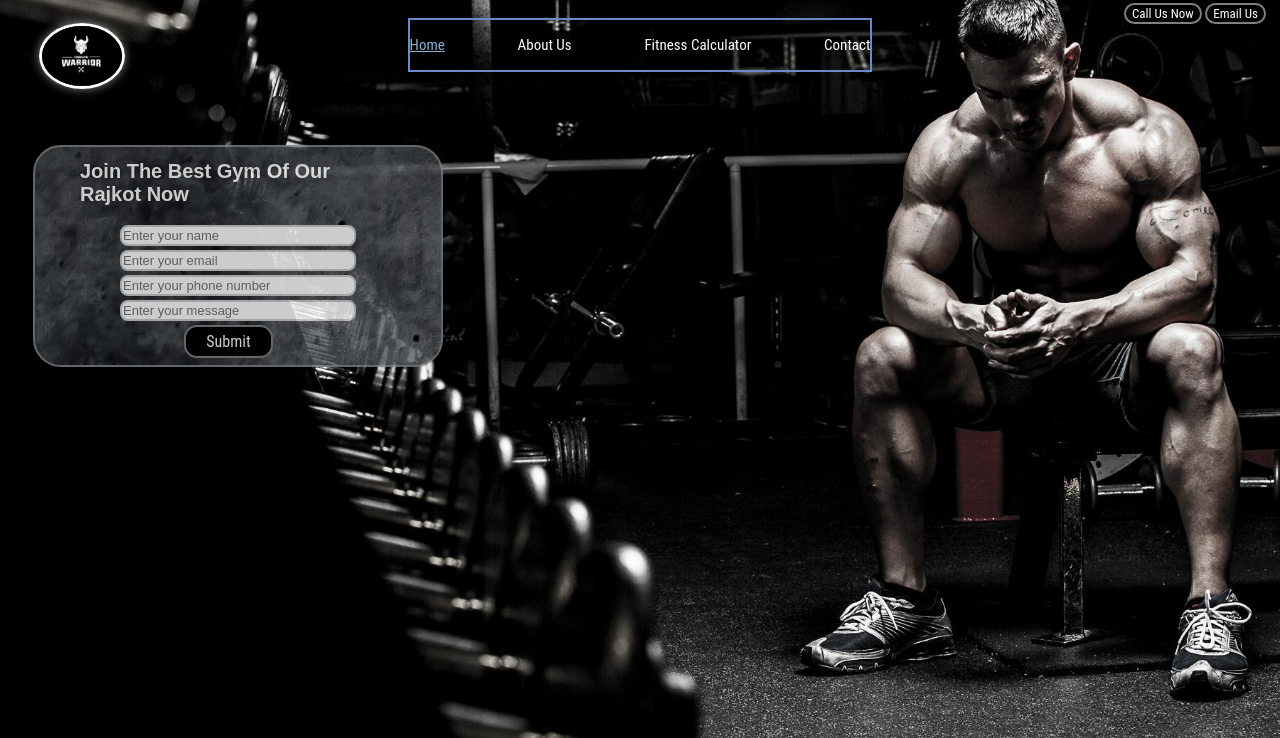
Repository: asthaasquare/project-1
Page: project-1/index.html
These files come from the project's save history. The page is drawn as it stood at one moment and after the next save; the edit follows.
The browser window is 1280 px wide. The pictures show the whole page.
Some web fonts or font styles are not loaded; a fallback is used.

Above is the page before, as saved 2024-05-10 10:34:52.

### project-1/index.html
  <!DOCTYPE html>
  <html lang="en">
  <head>
    <meta charset="UTF-8" />
    <meta name="viewport" content="width=device-width, initial-scale=1.0" />
    <title>Fit World</title>
    <link rel="preconnect" href="https://fonts.googleapis.com" />
    <link rel="preconnect" href="https://fonts.gstatic.com" crossorigin />
    <link href="https://fonts.googleapis.com/css2?family=Jersey+10&display=swap" rel="stylesheet" />
    <link rel="stylesheet" href="css/style.css" />
    <style>
      body {
        color: white;
        margin: 0;
        padding: 0;
        background-image: url("img/1087639.jpg");
        background-size: cover; /* This will make sure the image covers the entire background */
        background-position: center; /* This will center the image within the container */
        height: 100vh; /* This will set the height of the background to the viewport height */
        font-family: "Roboto Condensed", sans-serif;
        font-optical-sizing: auto;
      }

      .left {
        /* border: 2px double rgb(75, 62, 62); */
        display: inline-block;
        position: absolute;
        top: 0px;
        left: 34px;
        padding: 5px; /* Add some padding around the logo */
      }

      .left img {
        width: 80px;
        height: auto;
        border-radius: 50%;
        border: 3px solid white;
        box-shadow: 0 0 10px rgba(255, 255, 255, 0.5);
      }

      .left div {
        line-height: 0px;
      }

      .mid {
        margin: 18px auto;
        display: block;
        width: 36%;
        border: 2px double rgb(106, 137, 200);
      }

      .right {
        position: absolute;
        display: inline-block;
        /* border: 2px double rgb(100, 96, 222); */
        top: 0px;
        right: 34px;
      }

      .navbar {
        display: flex; /* Use flexbox for better alignment */
        justify-content: space-between; /* Distribute items evenly across the container */
        align-items: center; /* Center items vertically */
        padding: 0;
      }

      .navbar li {
        font-size: 15px;
        list-style: none; /* Remove default list styles */
        margin-right: 20px; /* Add some spacing between navbar items */
      }

      .navbar li a {
        color: white;
        text-decoration: none;
      }

      .navbar li a:hover,
      .navbar li a.active {
        text-decoration: underline;
        color: rgb(136, 177, 215);
      }

      .navbar li:last-child {
        margin-right: 0; /* Remove margin from the last navbar item */
      }

      .header {
        position: relative; /* Set position to relative to allow absolute positioning of child elements */
      }

      .container {
        border: 2px solid grey;
        margin: 73px 33px;
        padding: 75px;
        width: 20%;
        background-image: url(img/bg1.jpg);
        opacity: 80%;
        z-index: -1;
        height: 68px;
        border-radius: 28px;
      }

      .btn {
        margin: 0px 0px;
        color: white;
        background-color: black;
        position: relative;
        right: 22px;
        top: -15px;
        left: 20px;
        border: 2px solid grey;
        border-radius: 13px;
        font-size: 13px;
        cursor: pointer;
        transition: background-color 0.3s, border-color 0.3s;
        font-family: "Roboto Condensed", sans-serif;
      }

      .btn:hover {
        background-color: grey; /* Change background color on hover */
        border-color: black; /* Change border color on hover */
      }

      h1 {
        position: relative;
        top: -75px;
        color: white;
        font-size: 20px; /* Adjust the font size as needed */
        font-weight: bold; /* Optionally adjust the font weight */
        font-family: 'Poetsen One', sans-serif; /* Apply the Poetsen One font */
        text-shadow: 2px 2px 8px rgba(0, 0, 0, 0.5); /* Update the text shadow */
        width: 280px;
        padding: 0px;
        right: 30px;
      }

      .form {
      text-align: center; /* Center align the form elements */
      position: relative;
      bottom: 70px;

    }

    .form-group {
      margin-bottom: 4px; /* Add some spacing between form groups */
      bottom: 50px;
    }

    input[type="text"] {
      width: calc(100% - 20px); /* Make text inputs fill the width of their container minus the padding */
      padding: 1px; /* Add padding to text inputs */
      border: 2px solid #ccc; /* Add border to text inputs */
      border-radius: 8px; /* Add border radius to text inputs */
      font-size: 13px; /* Adjust the font size of text inputs */
      box-sizing: border-box; /* Include padding and border in the element's total width and height */
    }

    .btn1 {
      color: white;
      background-color: black;
      border: 2px solid grey;
      border-radius: 13px;
      margin-right: 19px;
      font-size: 16px;
      padding: 5px 20px; /* Add padding to the button */
      cursor: pointer;
      transition: background-color 0.3s, border-color 0.3s;
      font-family: "Roboto Condensed", sans-serif;
    }

    .btn1:hover {
      background-color: grey; /* Change background color on hover */
      border-color: black; /* Change border color on hover */
    }
    </style>
  </head>
  <body>
    <header class="header">
      <div class="left">
        <img src="img/logo.jpg" alt="Logo" />
      </div>
      <div class="mid">
        <ul class="navbar">
          <li><a href="#" class="active">Home</a></li>
          <li><a href="#">About Us</a></li>
          <li><a href="#">Fitness Calculator</a></li>
          <li><a href="#">Contact</a></li>
        </ul>
      </div>
      <div class="right">
        <button class="btn">Call Us Now</button>
        <button class="btn">Email Us</button>
      </div>
    </header>
    <div class="container">
      <h1>Join The Best Gym Of Our Rajkot Now</h1>

      <form action="noaction.php" class="form">

        <div class="form-group">
          <input type="text" name="name" placeholder="Enter your name">
        </div>
        <div class="form-group">
          <input type="text" name="email" placeholder="Enter your email">
        </div>
        <div class="form-group">
          <input type="text" name="phone" placeholder="Enter your phone number">
        </div>
        <div class="form-group">
          <input type="text" name="message" placeholder="Enter your message">
        </div>
        <button type="submit" class="btn1">Submit</button>
      </form>
    </div>
  </body>
  </html>

Loaded but not shown: project-1/css/style.css (no stored copy; drawn as an empty file)

After the next save:
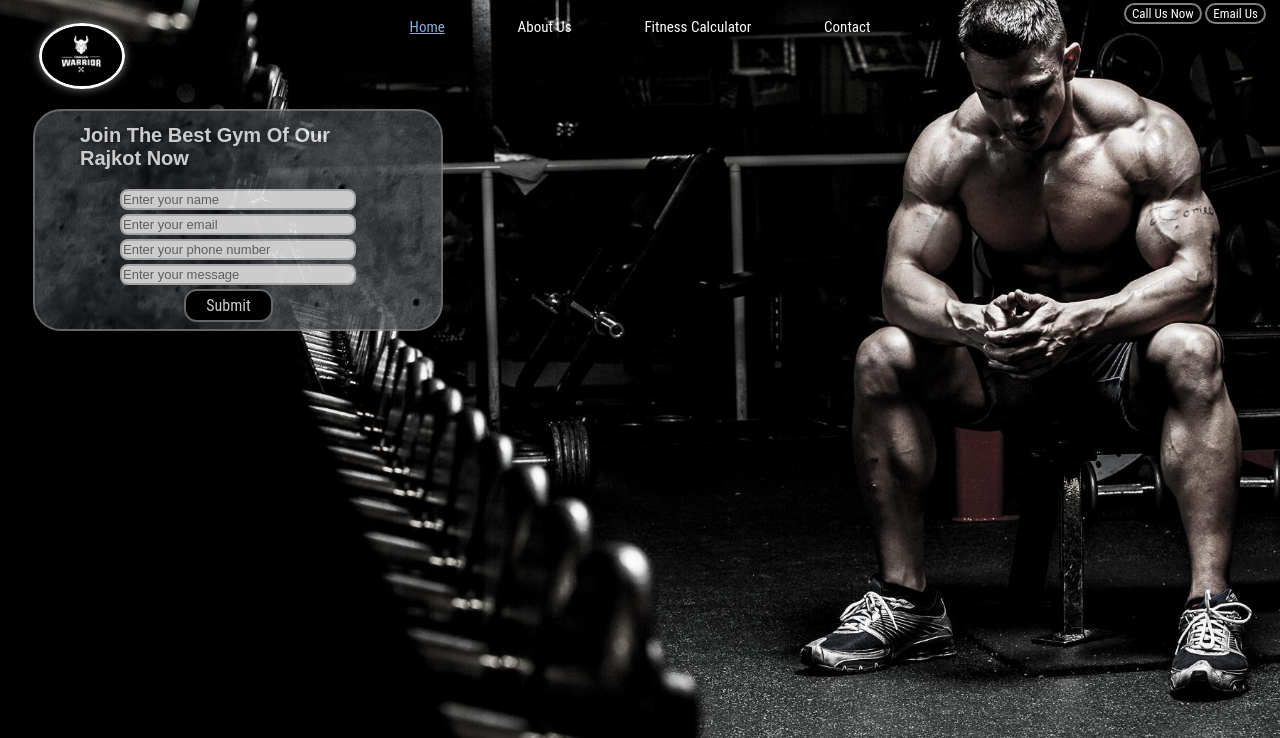
Saved 2 min 53 s later.
--- a/project-1/index.html
+++ b/project-1/index.html
@@ -46,7 +46,7 @@
         margin: 18px auto;
         display: block;
         width: 36%;
-        border: 2px double rgb(106, 137, 200);
+
       }
 
       .right {
